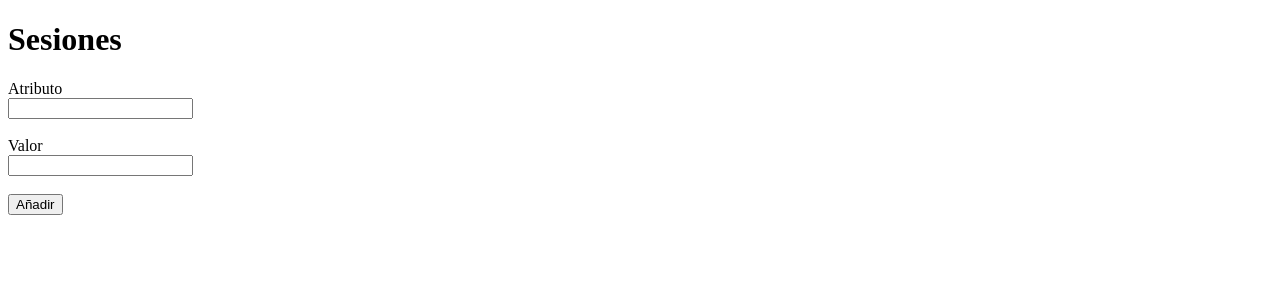
Repository: luigitinez/javaEE
Page: Sesiones/WebContent/index.html
An editor plug-in stored every save of this project. The page is shown before and after the next save, followed by the edit.
The browser window is 1280 px wide. The pictures show the whole page.

Above is the page before, as saved 2017-02-16 18:43:15.

### Sesiones/WebContent/index.html
<!DOCTYPE html>
<html>
<head>
<meta charset="UTF-8">
<title>Insert title here</title>
</head>
<body>
<h1>Sesiones</h1>
<form action="÷Sesiones/anyadir">
	Atributo<br>
	<input type="text" name="atributo"><br><br>
	Valor<br>
	<input type="text" name="valor"> <br><br>
	<input type="submit" Value="Añadir">
</form>

</body>
</html>

After the next save:
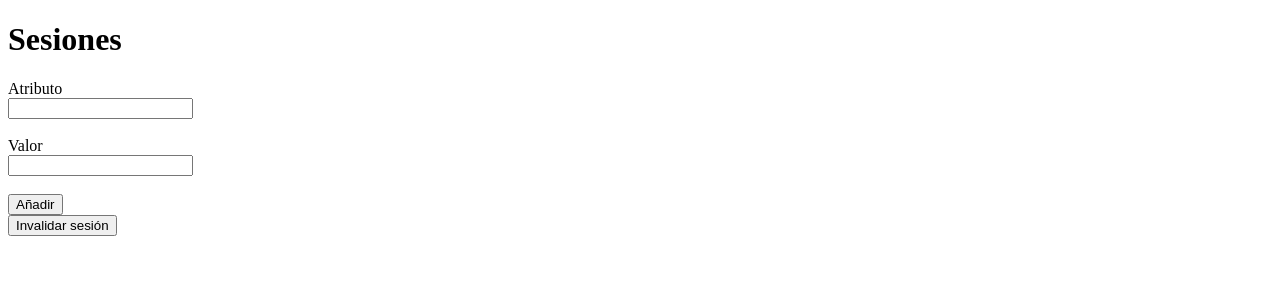
Saved 3 min 11 s later.
--- a/Sesiones/WebContent/index.html
+++ b/Sesiones/WebContent/index.html
@@ -13,6 +13,9 @@
 	<input type="text" name="valor"> <br><br>
 	<input type="submit" Value="Añadir">
 </form>
+<form action="/Sesiones/invalidar">
+<input type="submit" value="Invalidar sesión">
+</form>
 
 </body>
 </html>
